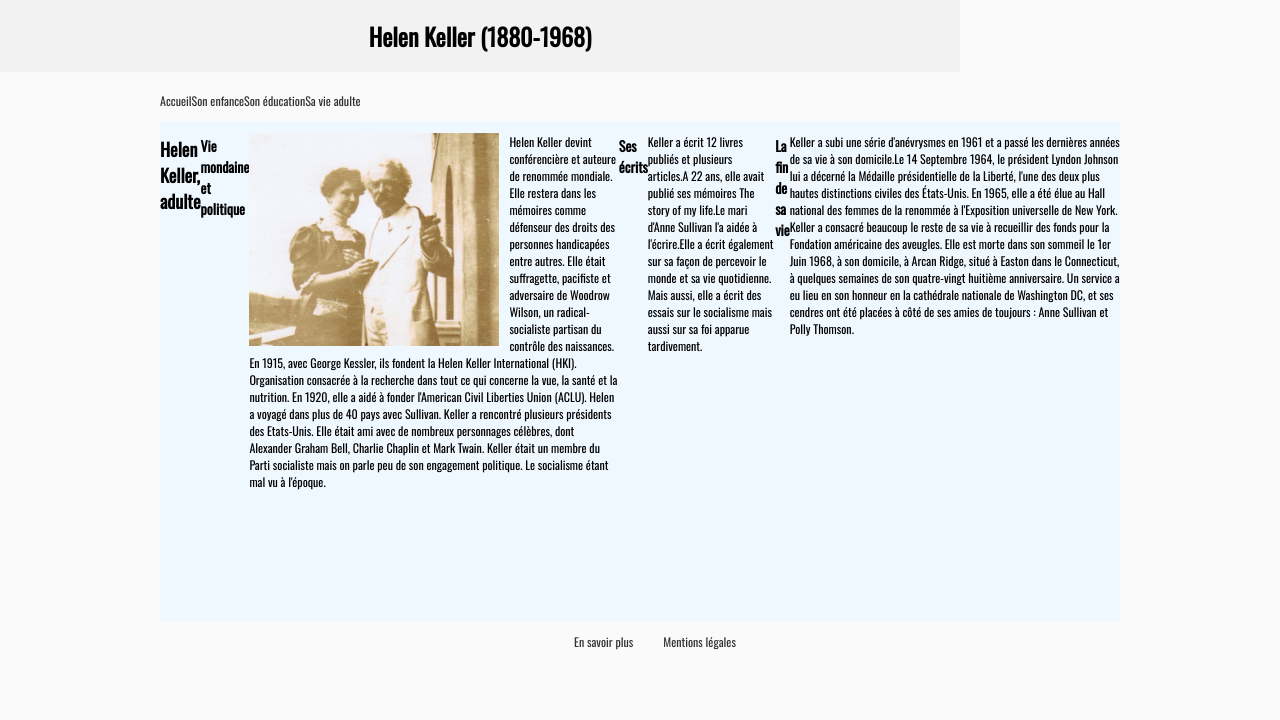
Repository: Luc010/Exercices
Page: HTML CSS/biographie_helen_keller/adulte.html
These files come from the project's save history. The page is drawn as it stood at one moment and after a run of saves; the edit follows.
The browser window is 1280 px wide. The pictures show the whole page.

Above is the page before, as saved 2019-09-06 11:15:51.

After the next 3 saves:
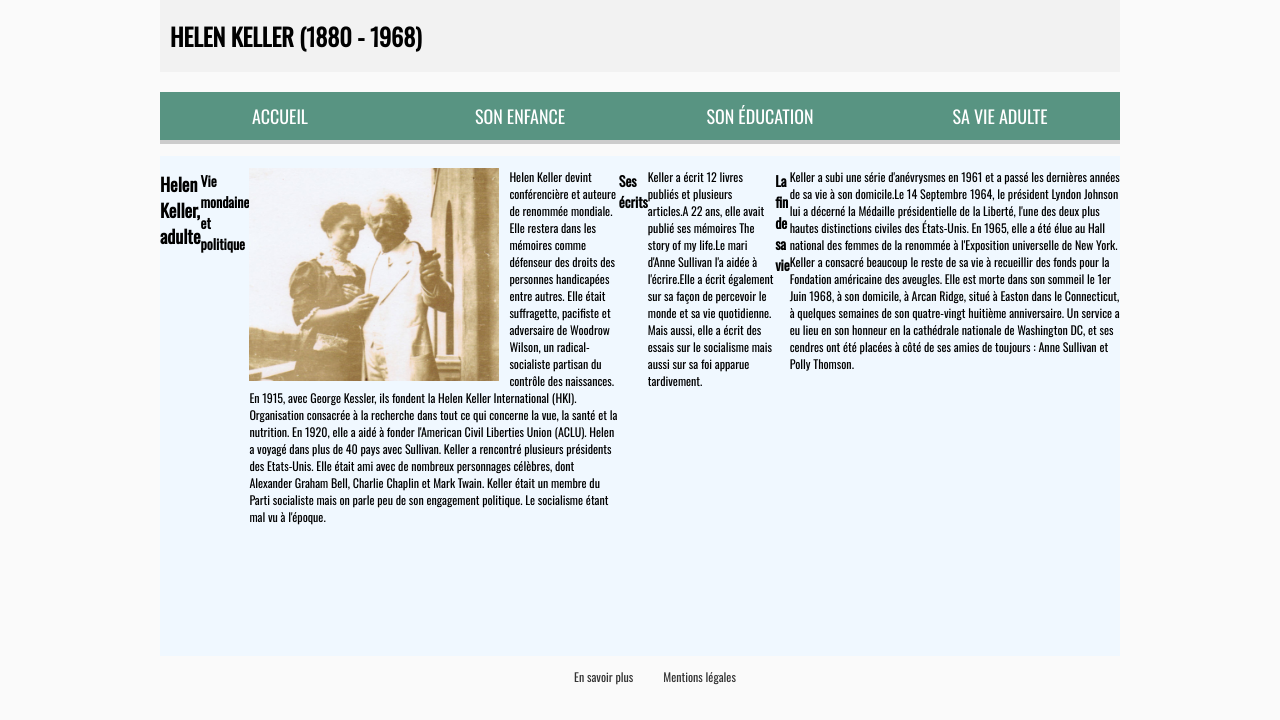
The 3 saves are shown as one change because they came seconds apart.
The last was saved 51 s later.
--- a/HTML CSS/biographie_helen_keller/adulte.html
+++ b/HTML CSS/biographie_helen_keller/adulte.html
@@ -8,17 +8,19 @@
     <link href="style.css" rel="stylesheet">
 </head>
 <body>
-    <header>
-        <div class="container">
-            <h1>Helen Keller (1880-1968)</h1>
-        </div>
-    </header>
+    <div class="container">
+        <header>
+            <div class="brand">
+                <h1>HELEN KELLER (1880 - 1968)</h1>
+            </div>
+        </header>
+    </div>
     <nav>
-        <ul>
-            <li><a href="index.html">Accueil</a></li>
-            <li><a href="enfance.html">Son enfance</a></li>
-            <li><a href="education.html">Son éducation</a></li>
-            <li><a href="adulte.html">Sa vie adulte</a></li>
+        <ul class="navbar">
+            <li class="navlink"><a href="index.html">Accueil</a></li>
+            <li class="navlink"><a href="enfance.html">Son enfance</a></li>
+            <li class="navlink"><a href="education.html">Son éducation</a></li>
+            <li class="navlink"><a href="adulte.html">Sa vie adulte</a></li>
         </ul>
     </nav>
     <main>
@@ -83,4 +85,5 @@
         </div>
     </footer>
 </body>
+
 </html>
